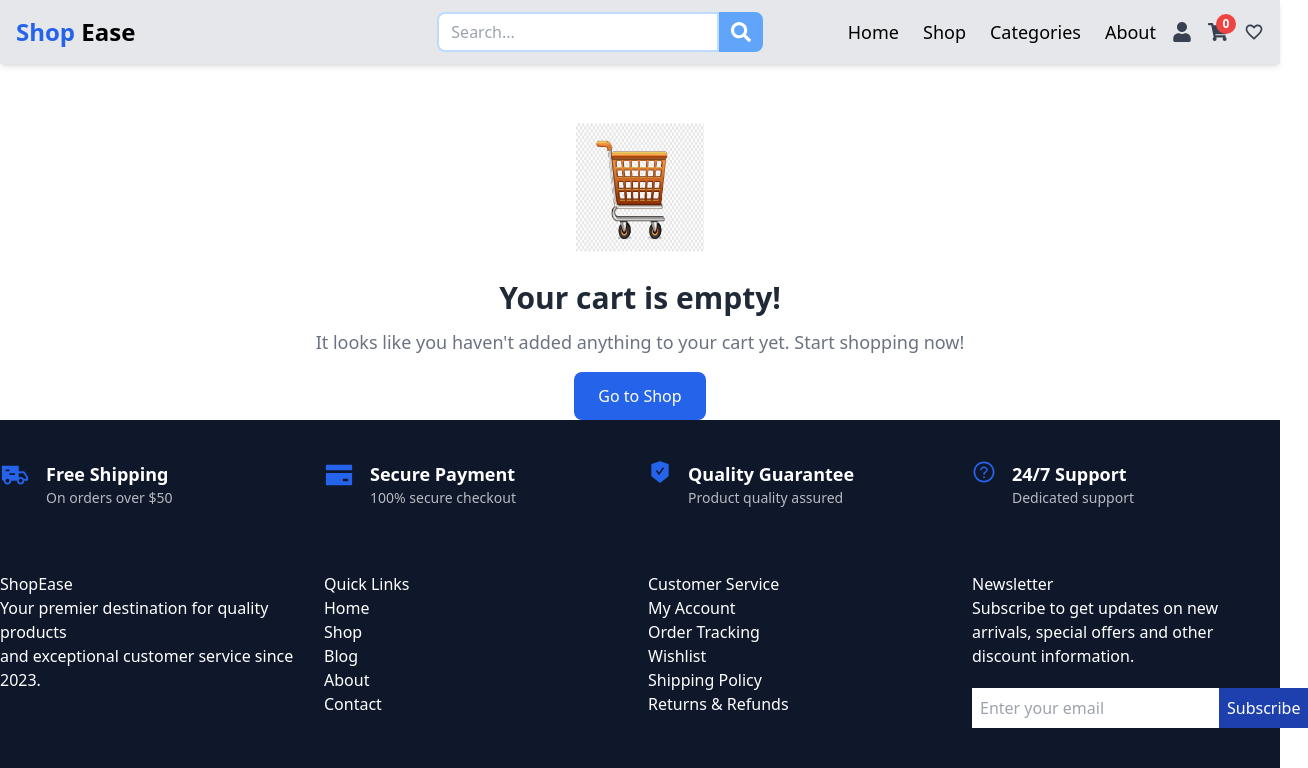
Repository: Muyassar-Mamdoh-Salem/project
Page: /cart
These files come from the project's save history. The page is drawn as it stood at one moment and after the next save; the edit follows.
The browser window is 1280 px wide. The page is 1308 px wide, so the pictures cover 1308 px, including what lies to the right of the window. The pictures show the whole page.
The project was rebuilt for these pictures with package versions that can differ from the ones it lists, and the page was loaded fresh each time. Also part of the build but not shown: vite.config.js, src/pages/Sign.jsx, src/pages/Products.jsx, src/pages/Banner.jsx, src/components/Home.jsx, src/components/Shop.jsx, src/components/About.jsx, src/components/Categories.jsx and 2 more.

Above is the page before, as saved 2025-05-20 22:22:50.

After the next save:
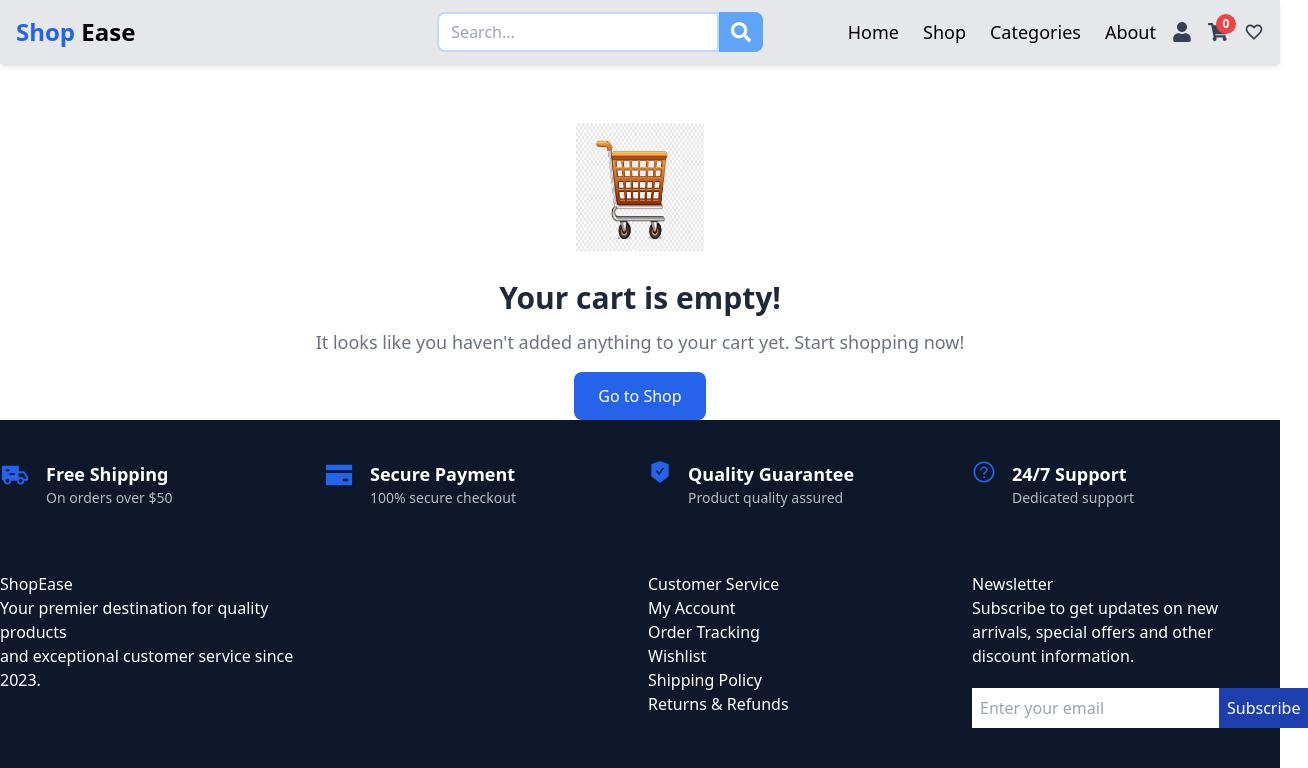
Saved 4 s later.
--- a/src/components/Footer.jsx
+++ b/src/components/Footer.jsx
@@ -56,7 +56,7 @@
             )}
 
             {index === 1 && (
-              <div className='mt-16 s'>
+              <div className='mt-16 sm:hidden'>
                 <h3>Quick Links</h3>
                 <ul>
                   <li>Home</li>

After the save that followed:
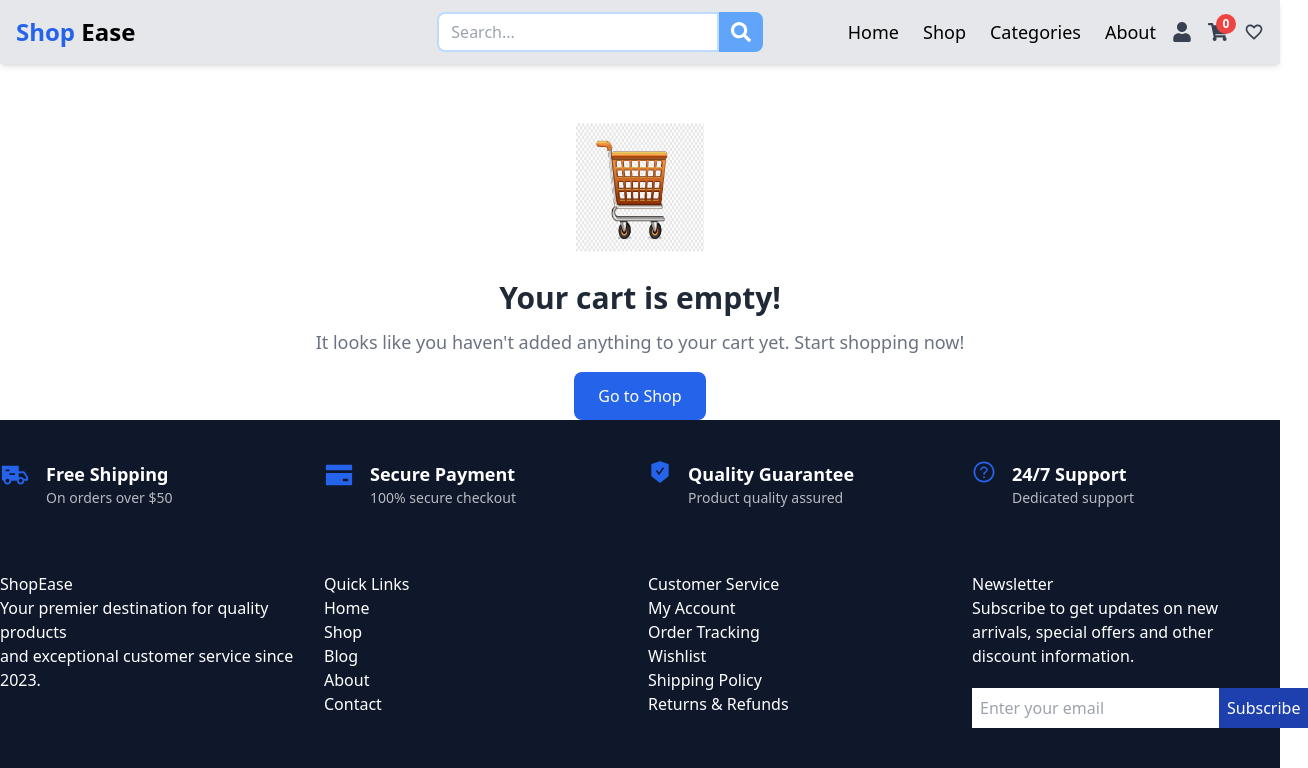
Saved 9 s later.
--- a/src/components/Footer.jsx
+++ b/src/components/Footer.jsx
@@ -56,7 +56,7 @@
             )}
 
             {index === 1 && (
-              <div className='mt-16 sm:hidden'>
+              <div className='mt-16 '>
                 <h3>Quick Links</h3>
                 <ul>
                   <li>Home</li>
